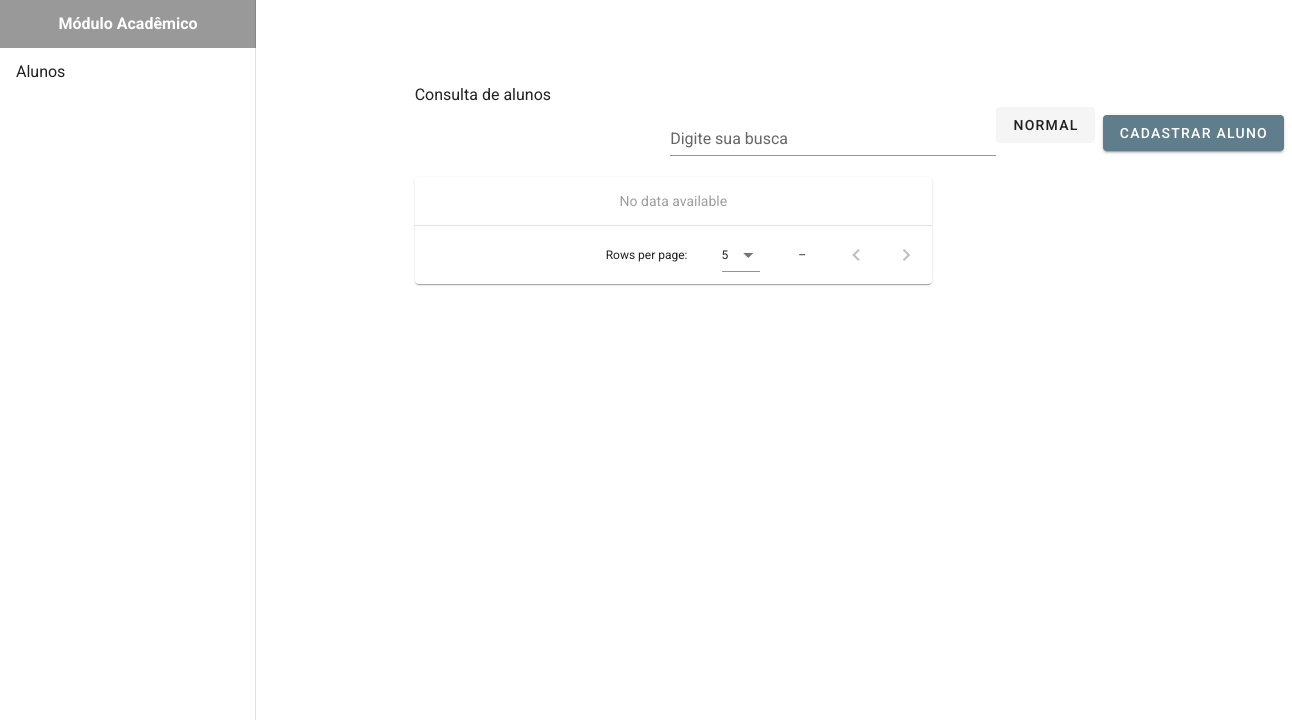
Repository: sergiohidekiono/vue-student
Page: /
These files come from the project's save history. The page is drawn as it stood at one moment and after the next save; the edit follows.
The browser window is 1280 px wide. The page is 1292 px wide, so the pictures cover 1292 px, including what lies to the right of the window. The pictures show the whole page.
The project was rebuilt for these pictures with package versions that can differ from the ones it lists, and the page was loaded fresh each time. Also part of the build but not shown: vue.config.js.

Above is the page before, as saved 2024-08-07 10:02:46.

After the next save:
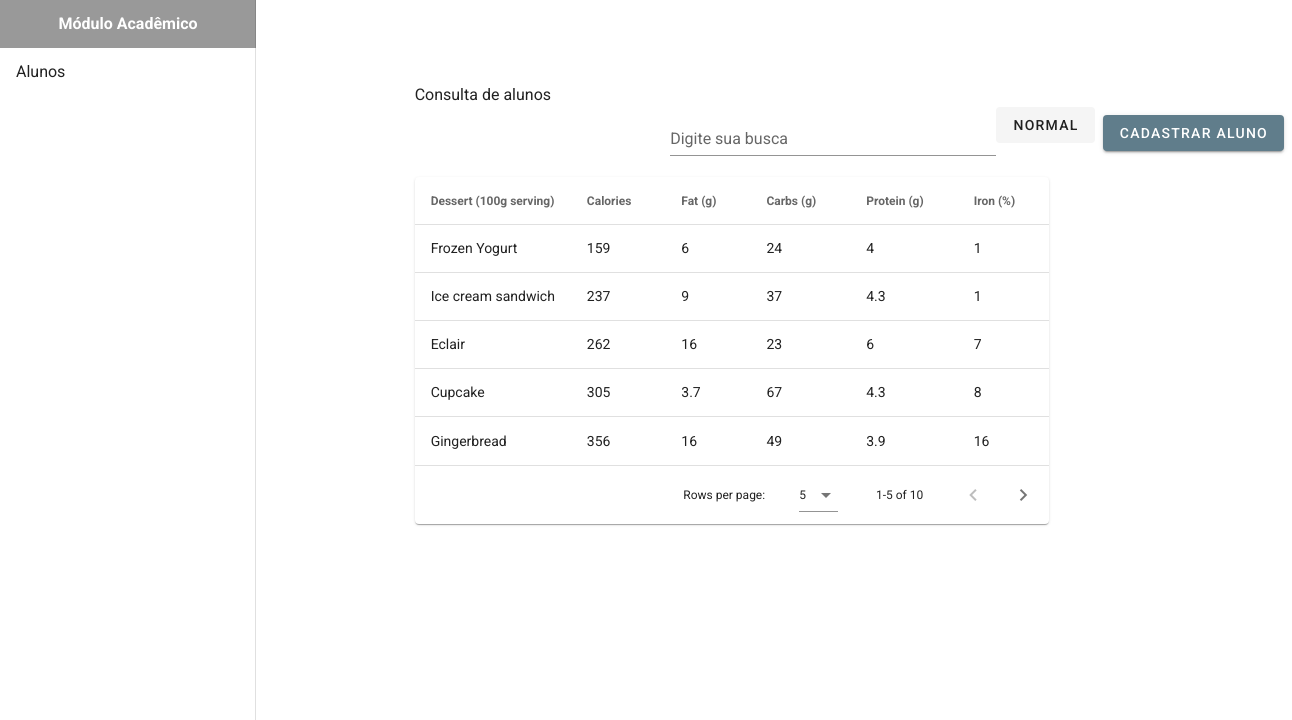
Saved 88 s later.
--- a/src/components/student-list.vue
+++ b/src/components/student-list.vue
@@ -35,8 +35,6 @@
                         <v-btn :loading="loading3" :disabled="loading3" color="blue-grey" class="ma-2 white--text"
                             @click="loader = 'loading3'"> Cadastrar Aluno </v-btn>
                     </v-row>
-
-
                     <v-row>
                         <template>
                             <v-data-table :headers="headers" :items="desserts" :items-per-page="5"
@@ -53,10 +51,106 @@
 
 export default {
     name: 'StudentList',
-    data: () => ({
-        drawer: true,
-    }),
-};
+    data() {
+        return {
+            headers: [
+                {
+                    text: 'Dessert (100g serving)',
+                    align: 'start',
+                    sortable: false,
+                    value: 'name',
+                },
+                { text: 'Calories', value: 'calories' },
+                { text: 'Fat (g)', value: 'fat' },
+                { text: 'Carbs (g)', value: 'carbs' },
+                { text: 'Protein (g)', value: 'protein' },
+                { text: 'Iron (%)', value: 'iron' },
+            ],
+            desserts: [
+                {
+                    name: 'Frozen Yogurt',
+                    calories: 159,
+                    fat: 6.0,
+                    carbs: 24,
+                    protein: 4.0,
+                    iron: 1,
+                },
+                {
+                    name: 'Ice cream sandwich',
+                    calories: 237,
+                    fat: 9.0,
+                    carbs: 37,
+                    protein: 4.3,
+                    iron: 1,
+                },
+                {
+                    name: 'Eclair',
+                    calories: 262,
+                    fat: 16.0,
+                    carbs: 23,
+                    protein: 6.0,
+                    iron: 7,
+                },
+                {
+                    name: 'Cupcake',
+                    calories: 305,
+                    fat: 3.7,
+                    carbs: 67,
+                    protein: 4.3,
+                    iron: 8,
+                },
+                {
+                    name: 'Gingerbread',
+                    calories: 356,
+                    fat: 16.0,
+                    carbs: 49,
+                    protein: 3.9,
+                    iron: 16,
+                },
+                {
+                    name: 'Jelly bean',
+                    calories: 375,
+                    fat: 0.0,
+                    carbs: 94,
+                    protein: 0.0,
+                    iron: 0,
+                },
+                {
+                    name: 'Lollipop',
+                    calories: 392,
+                    fat: 0.2,
+                    carbs: 98,
+                    protein: 0,
+                    iron: 2,
+                },
+                {
+                    name: 'Honeycomb',
+                    calories: 408,
+                    fat: 3.2,
+                    carbs: 87,
+                    protein: 6.5,
+                    iron: 45,
+                },
+                {
+                    name: 'Donut',
+                    calories: 452,
+                    fat: 25.0,
+                    carbs: 51,
+                    protein: 4.9,
+                    iron: 22,
+                },
+                {
+                    name: 'KitKat',
+                    calories: 518,
+                    fat: 26.0,
+                    carbs: 65,
+                    protein: 7,
+                    iron: 6,
+                },
+            ],
+        }
+    }
+}
 
 </script>
 
